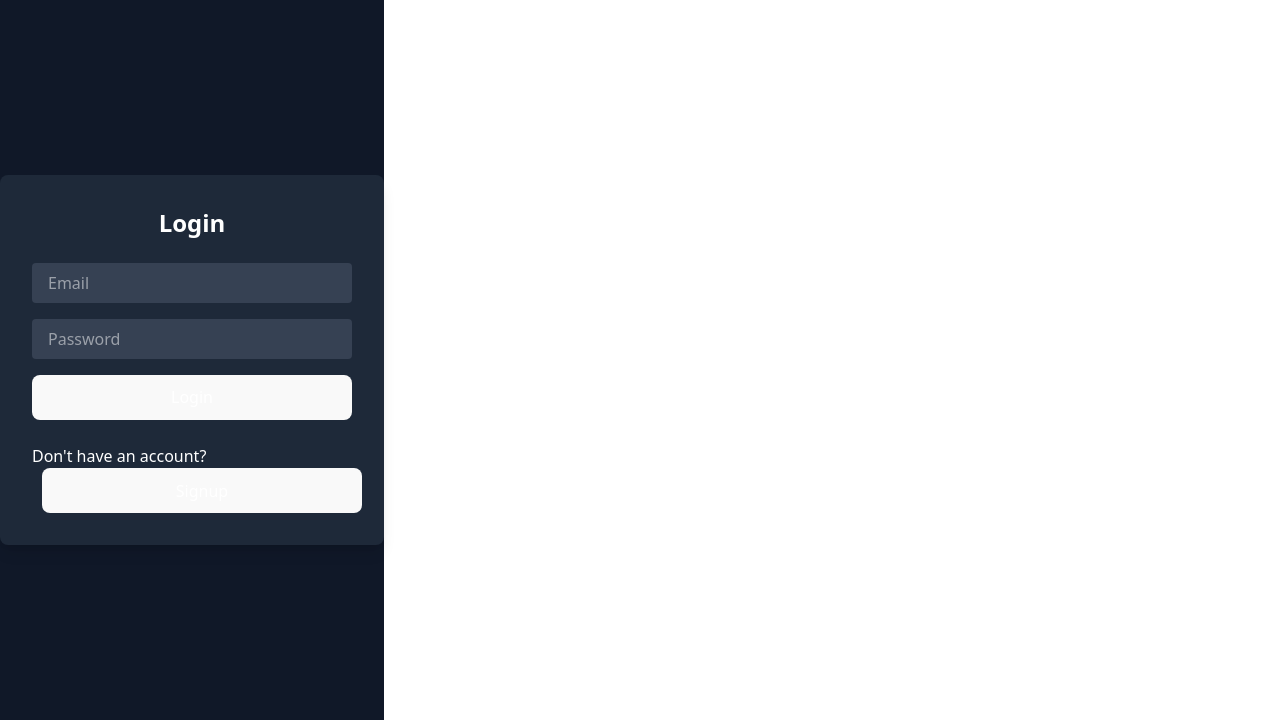
Repository: Reno-mathews/Study-Planner-MERN
Page: / (app in client/)
An editor plug-in stored every save of this project. The page is shown before and after the next save, followed by the edit.
The browser window is 1280 px wide. The pictures show the whole page.
The project was rebuilt for these pictures with package versions that can differ from the ones it lists, and the page was loaded fresh each time. Also part of the build but not shown: client/vite.config.js.

Above is the page before, as saved 2026-01-16 16:07:49.

After the next save:
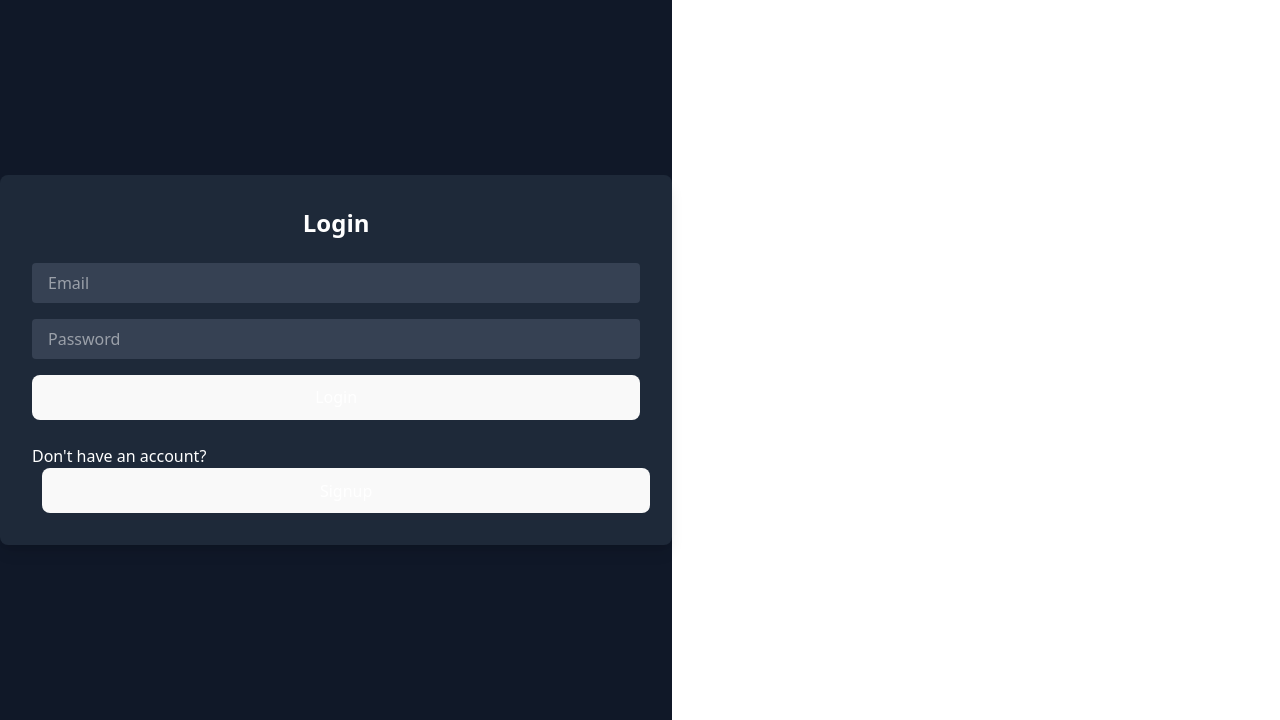
Saved 7 min 18 s later.
--- a/client/src/App.jsx
+++ b/client/src/App.jsx
@@ -142,7 +142,7 @@ function App() {
     if (!isLoggedIn) {
       return (
         <div className="min-h-screen flex items-center justify-center bg-gray-900 text-white">
-          <div className="bg-gray-800 p-8 rounded-lg shadow-lg w-96 space-y-6">
+          <div className="bg-gray-800 p-8 rounded-lg shadow-lg w-full space-y-6">
           <h2 className="text-2xl font-bold text-center">
             {isSignup ? "Signup" : "Login" }
           </h2>
@@ -230,7 +230,7 @@ function App() {
       </div>
 
       <form
-      className = "bg-gray-800 p-8 rounded-lg shadow-lg w-96 space-y-4"
+      className = "bg-gray-800 p-8 rounded-lg shadow-lg w-full space-y-4"
       onSubmit={addTask}>
       <h2 className="text-xl font-semibold text-center mb-2" >
         Add a new task
